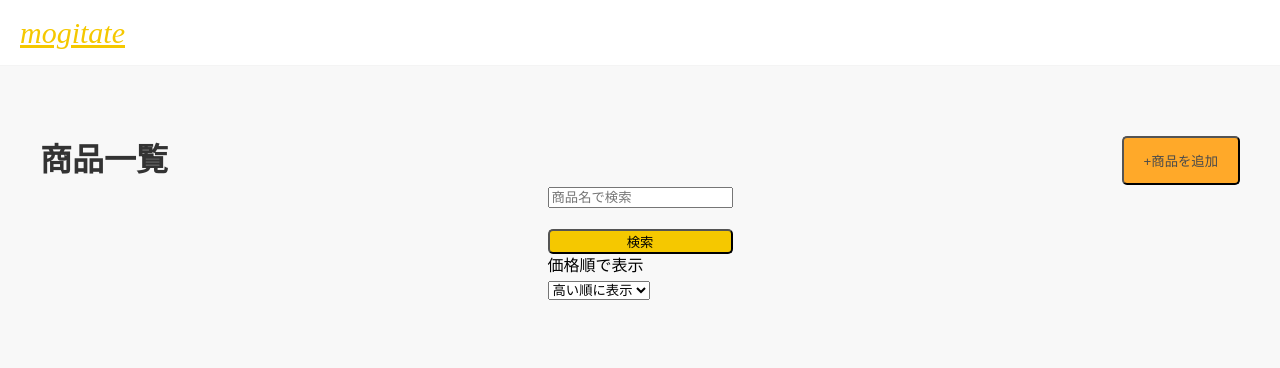
Repository: SuzukiFuminori/test-fruit
Page: http://localhost/products
An editor plug-in stored every save of this project. The page is shown before and after a run of saves, followed by the edit.
The browser window is 1280 px wide. The pictures show the whole page.
The page is served by the project's Laravel application, run on PHP 8.4 with Laravel 8. Queries for data that is not in the repository find no rows.

Above is the page before, as saved 2024-12-30 05:49:44.

After the next 3 saves:
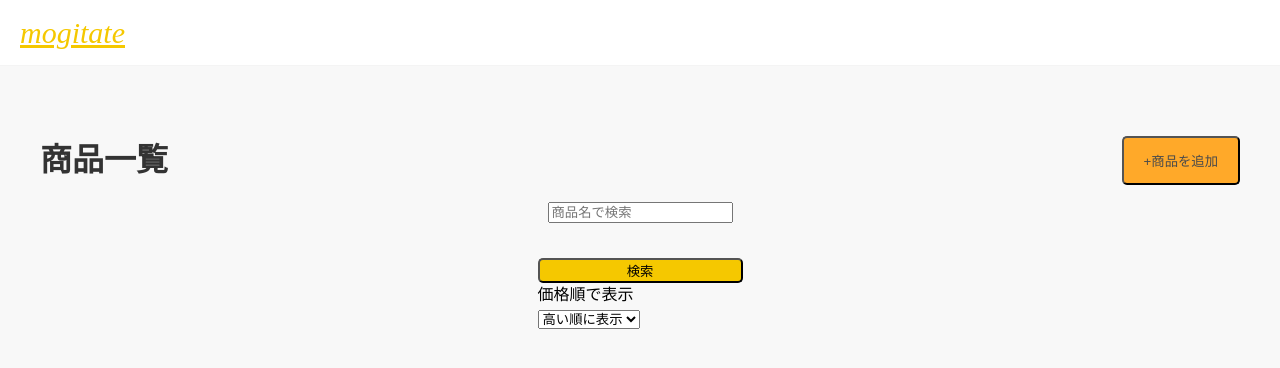
The 3 saves are shown as one change because they came seconds apart.
The last was saved 9 s later.
--- a/src/public/css/index.css
+++ b/src/public/css/index.css
@@ -43,7 +43,7 @@
 }
 
 .search__input--text {
-  padding:
+  padding: 14.5px 10px;
 }
 
 .search__button-submit {
